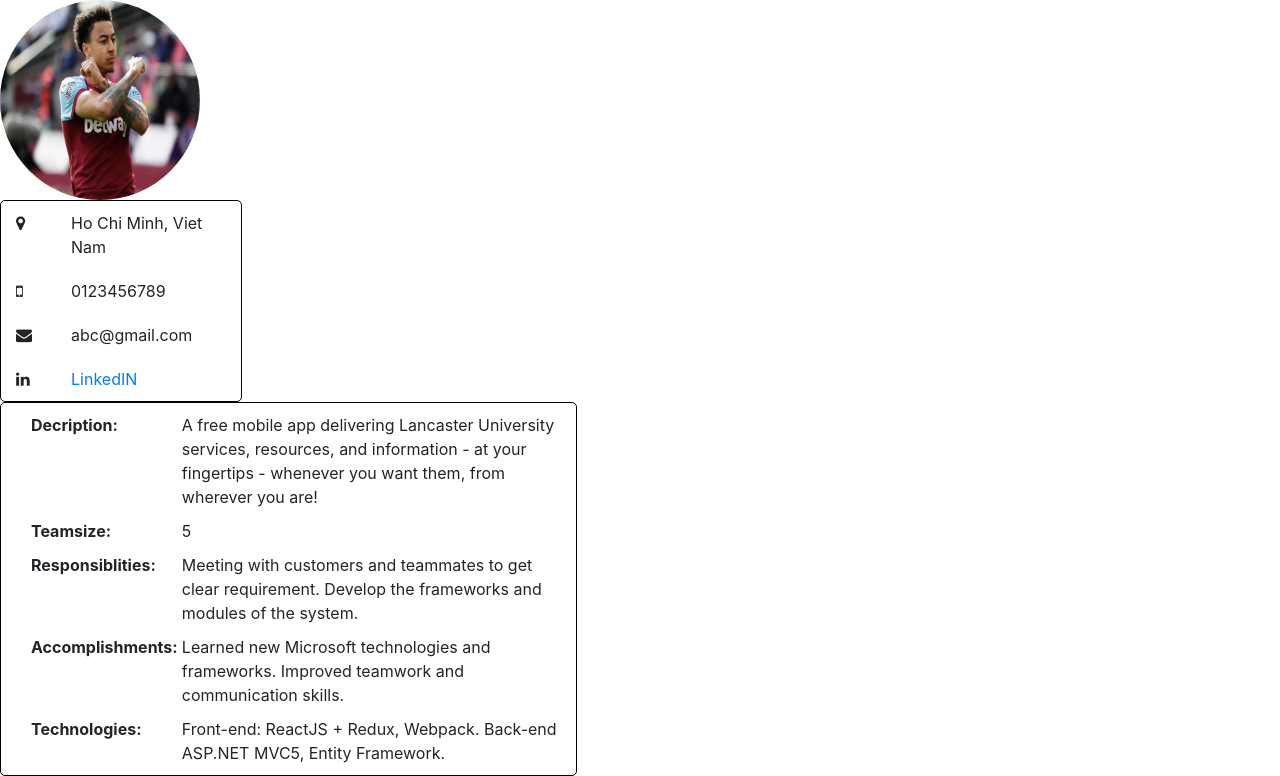
Repository: khoibanh113/mycv
Page: /
An editor plug-in stored every save of this project. The page is shown before and after the next save, followed by the edit.
The browser window is 1280 px wide. The pictures show the whole page.
The project was rebuilt for these pictures with package versions that can differ from the ones it lists, and the page was loaded fresh each time. Also part of the build but not shown: src/component/study.js.

Above is the page before, as saved 2021-03-31 16:49:09.

### src/App.js
import React,{Component} from 'react'
import Avatar from './component/avatar'
import AvaImg from './image/avatar.jpg'
import Contact from './component/contact'
import Study from './component/study'
import Experience from './component/experience'
class App extends Component {
  render(){
    return (
      <div className="App">
        <Avatar img={AvaImg} />
        <Contact
          name='Nguyen Vo Hoang Khoi'
          location='Ho Chi Minh, Viet Nam'
          phone='0123456789'
          email='abc@gmail.com'
          linkedin='LinkedIN'
        />
        <Experience />


      </div>
    );
  }
}

export default App;

### src/component/avatar.js
import React from 'react'
import '../css/avatar.css'

class avatar extends React.Component {
    constructor(props){
        super(props);
        this.image = props.img;
    }

  render(){
    return (
        <div className="avaContainer">
          <img src={this.image} alt="this is your avatar" />
        </div>
    );
  }
}

export default avatar;

### src/component/contact.js
import  {Component} from 'react'
import '../../node_modules/font-awesome/css/font-awesome.min.css';
import 'bootstrap/dist/css/bootstrap.min.css';
import '../css/contact.css'

class contact extends Component{
    constructor(props){
        super(props);
        this.location = props.location;
        this.phone = props.phone;
        this.email = props.email;
        this.linkedin = props.linkedin;
    }



    render(){
        return(
            <div className="container-contact">

                <div class="row row-contact">
                        <div className="col-1 icon-contact">
                            <li className="fa fa-map-marker"></li>
                        </div>
                        <div className="col detail-contact">
                            <span>{this.location}</span>
                        </div>
                </div>
                <div class="row row-contact">
                    <div className="col-1 icon-contact">
                        <li className="fa fa-mobile" ></li>
                    </div>
                    <div className="col detail-contact">
                        <span>{this.phone}</span>
                    </div>
                </div>
                <div className="row row-contact">
                    <div className="col-1 icon-contact">
                        <li className="fa fa-envelope"></li>
                    </div>
                    <div class="col  detail-contact">
                        <span>{this.email}</span>
                    </div>
                </div>
                <div className="row row-contact">
                    <div className="col-1 icon-contact">
                        <li className="fa fa-linkedin"></li>
                    </div>
                    <div className="col  detail-contact">
                        <a href={this.linkedin} >{this.linkedin}</a>
                    </div>
                </div>

            </div>

        )
    }
}

export default contact;

### src/component/experience.js
import {Component} from 'react'
import 'bootstrap/dist/css/bootstrap.min.css';
import '../css/experience.css'
class experience extends Component{


    render(){
        return(
            <div>
                {/* <div className="row row-experience">
                    <div className="col-2">Project:</div>
                    <div className="col">Projectname</div>

                </div> */}
                <div className='container-experience'>
                    <div className="row row-experience">
                        <div className="col-2 col-item"><b>Decription:</b></div>
                        <div className="col detail-content">
                            <span>
                            A free mobile app delivering Lancaster University services, resources, and information - at your fingertips - whenever you want them, from wherever you are!
                            </span>
                        </div>
                    </div>
                    <div className="row row-experience">
                        <div className="col-2 col-item"><b>Teamsize:</b></div>
                        <div className="col detail-content">
                            <span>
                            5
                            </span>
                        </div>
                    </div>
                    <div className="row row-experience">
                        <div className="col-2 col-item"><b>Responsiblities:</b></div>
                        <div className="col detail-content">
                            <span>
                            Meeting with customers and teammates to get clear requirement. Develop the frameworks and modules of the system.
                            </span>
                        </div>
                    </div>
                    <div className="row row-experience">
                        <div className="col-2 col-item"><b>Accomplishments:</b></div>
                        <div className="col detail-content">
                            <span>
                            Learned new Microsoft technologies and frameworks. Improved teamwork and communication skills.
                            </span>
                        </div>
                    </div>
                    <div className="row row-experience">
                        <div className="col-2 col-item"><b>Technologies:</b></div>
                        <div className="col detail-content">
                            <span>
                            Front-end: ReactJS + Redux, Webpack. Back-end ASP.NET MVC5, Entity Framework.</span>
                        </div>
                    </div>
                </div>


             </div>
        )
    }
}

export default experience;

### src/css/avatar.css

.avaContainer img {
    height: 100%;
    width: 100%;
    border-radius: 100px;
}
.avaContainer{
    height: 200px;
    width: 200px;

}

.nameContainer{
    text-align: center;
}

### src/css/contact.css
.row-contact{
    padding: 10px 0px 10px 30px;
}
.detail-contact{
    width: 200px;
}
.icon-contact{
    padding: 0px 0px;
    max-width: 10px;
    margin-right: 30px;

}
.container-contact{
    max-width: fit-content;
    /* width: fit-content; */
    border: 1px solid black;
    border-radius: 5px;
}

### src/css/experience.css
.container-experience{
    max-width: fit-content;
    border: 1px solid black;
    border-radius: 5px;
}
.row-experience{
    margin: 10px 0px 10px 30px;
}
.col-item{
    width: 150px;
    padding: 0px 0px;
    margin-right: 45px;
}
.detail-content{
    width: 350px;
}

Loaded but not shown: public/index.html (common file); src/index.js (common file); src/index.css (common file); src/reportWebVitals.js (common file)

After the next save:
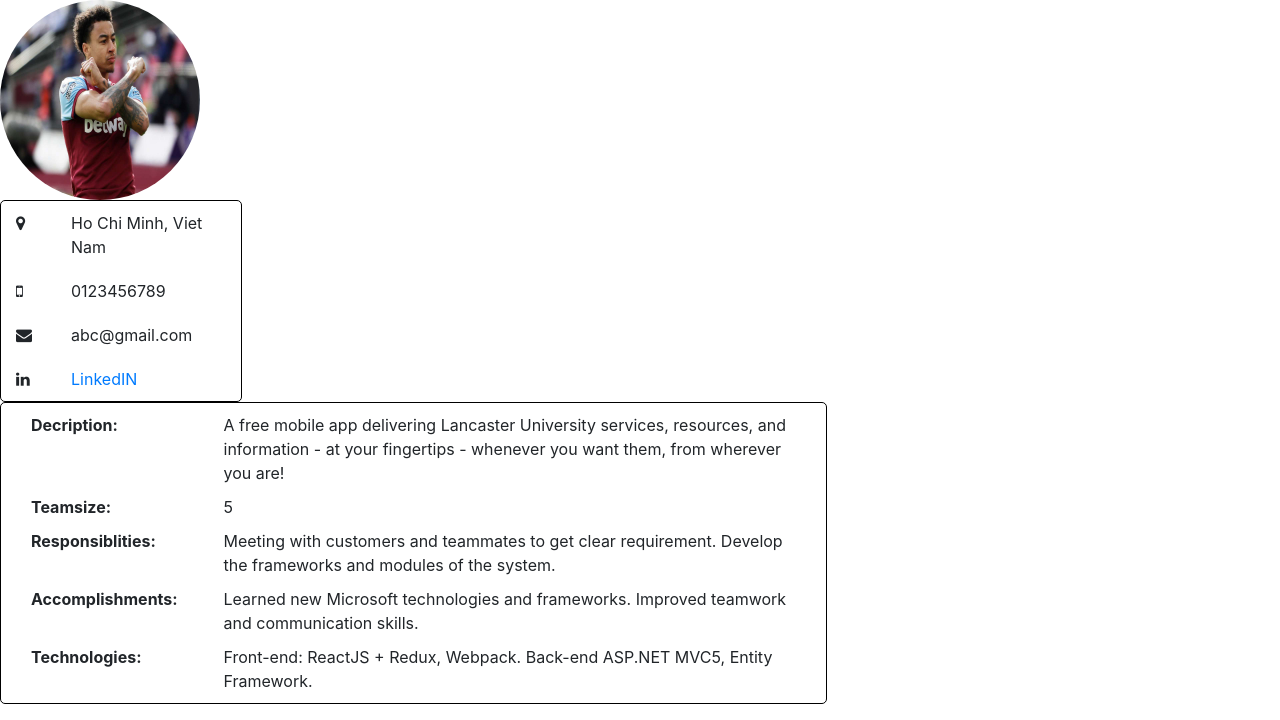
Saved 40 s later.
--- a/src/css/experience.css
+++ b/src/css/experience.css
@@ -12,5 +12,5 @@
     margin-right: 45px;
 }
 .detail-content{
-    width: 350px;
+    width: 600px;
 }
